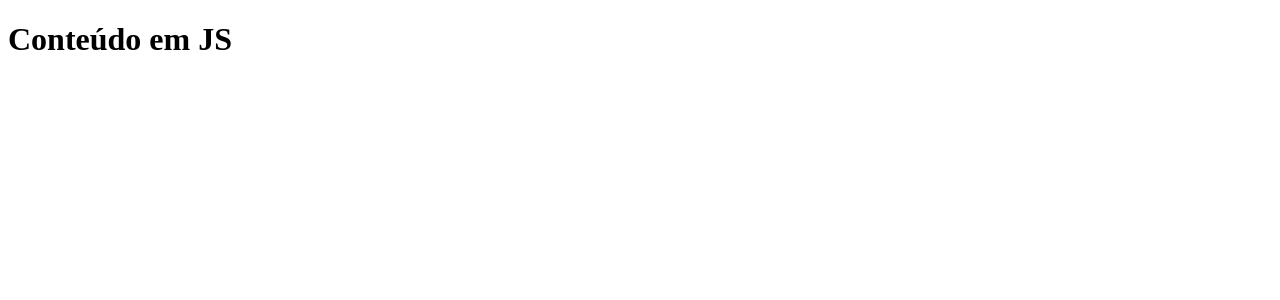
Repository: rvlyra/js-error-pattern
Page: index.html
These files come from the project's save history. The page is drawn as it stood at one moment and after the next save; the edit follows.
The browser window is 1280 px wide. The pictures show the whole page.

Above is the page before, as saved 2022-06-12 11:40:45.

### index.html
<!DOCTYPE html>
<html lang="en">
<head>
    <meta charset="UTF-8">
    <meta http-equiv="X-UA-Compatible" content="IE=edge">
    <meta name="viewport" content="width=device-width, initial-scale=1.0">
    <title>Erros Comuns em Javascript</title>
</head>
<body>

    <h1 id="h1"></h1>

    <script>
        // Javascript Error Test | The correction of a few errors

            let pagContent = document.getElementById('h1');
            pagContent.textContent = 'Conteúdo em JS';


    </script>

</body>
</html>

After the next save:
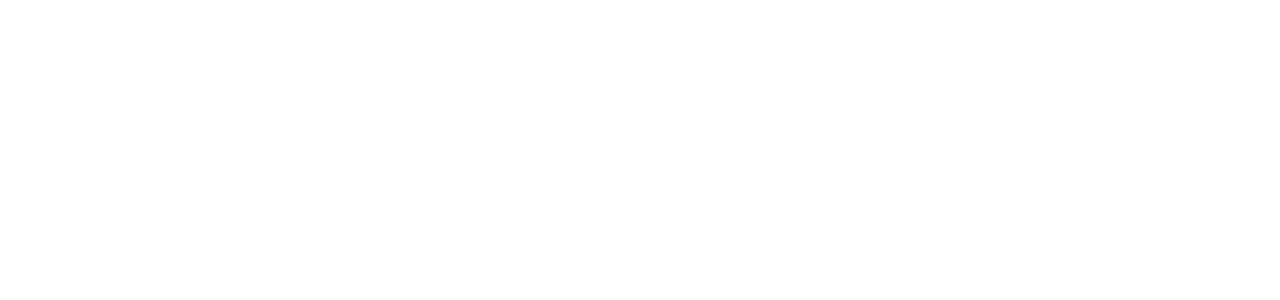
Console error: TypeError: Cannot set properties of null (setting 'textContent')
Saved 7 s later.
--- a/index.html
+++ b/index.html
@@ -13,7 +13,7 @@
     <script>
         // Javascript Error Test | The correction of a few errors
 
-            let pagContent = document.getElementById('h1');
+            let pagContent = document.getElementById('#h1');
             pagContent.textContent = 'Conteúdo em JS';
 
 

After the 2 saves that followed:
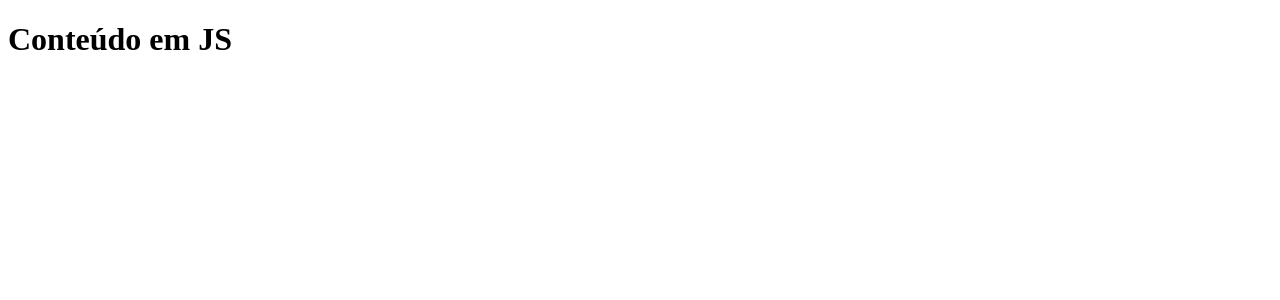
The error is gone.
The 2 saves are shown as one change because 1 left the picture as it was.
The last was saved 115 s later.
--- a/index.html
+++ b/index.html
@@ -13,9 +13,8 @@
     <script>
         // Javascript Error Test | The correction of a few errors
 
-            let pagContent = document.getElementById('#h1');
+            let pagContent = document.getElementById('h1');
             pagContent.textContent = 'Conteúdo em JS';
-
 
     </script>
 
